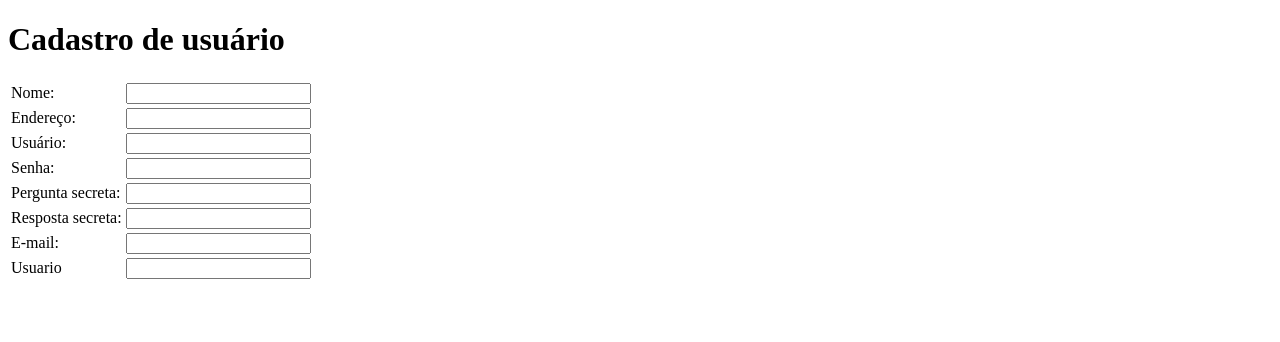
Repository: rsuzumura/fiveslivraria
Page: http://localhost/LivrariaFiveS/formCadastroUsuario.jsp
The author's editor kept a copy of each file at every save. The page is drawn from the files as they stood at one save, then again after the next save.
The browser window is 1280 px wide. The pictures show the whole page.
The page is served by Tomcat 9.

Above is the page before, as saved 2012-04-15 00:38:30.

After the next save:
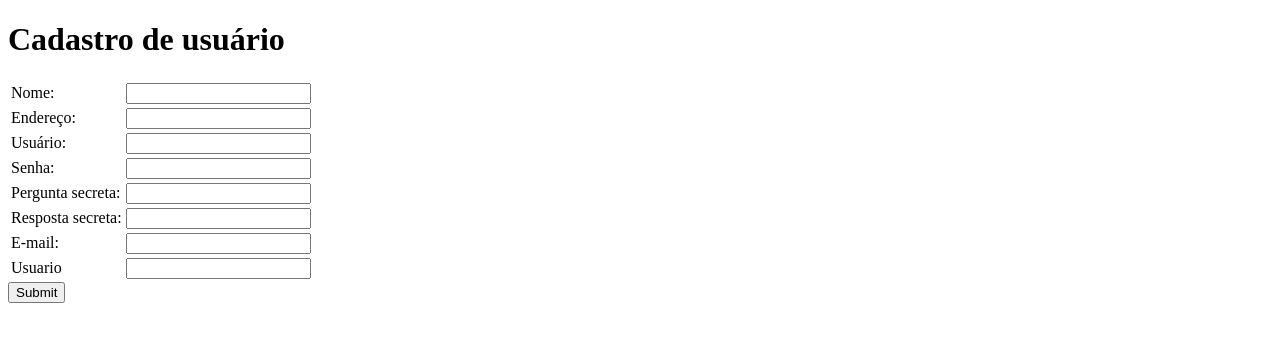
Saved 52 s later.
--- a/LivrariaFiveS - Web/LivrariaFiveS/WebContent/formCadastroUsuario.jsp
+++ b/LivrariaFiveS - Web/LivrariaFiveS/WebContent/formCadastroUsuario.jsp
@@ -42,6 +42,7 @@
 			<td><input id="nmUsuario" type="text"></td>
 		</tr>
 	</table>
+	<input id="btnCadastrar" type="submit">
 
 </body>
 </html>
